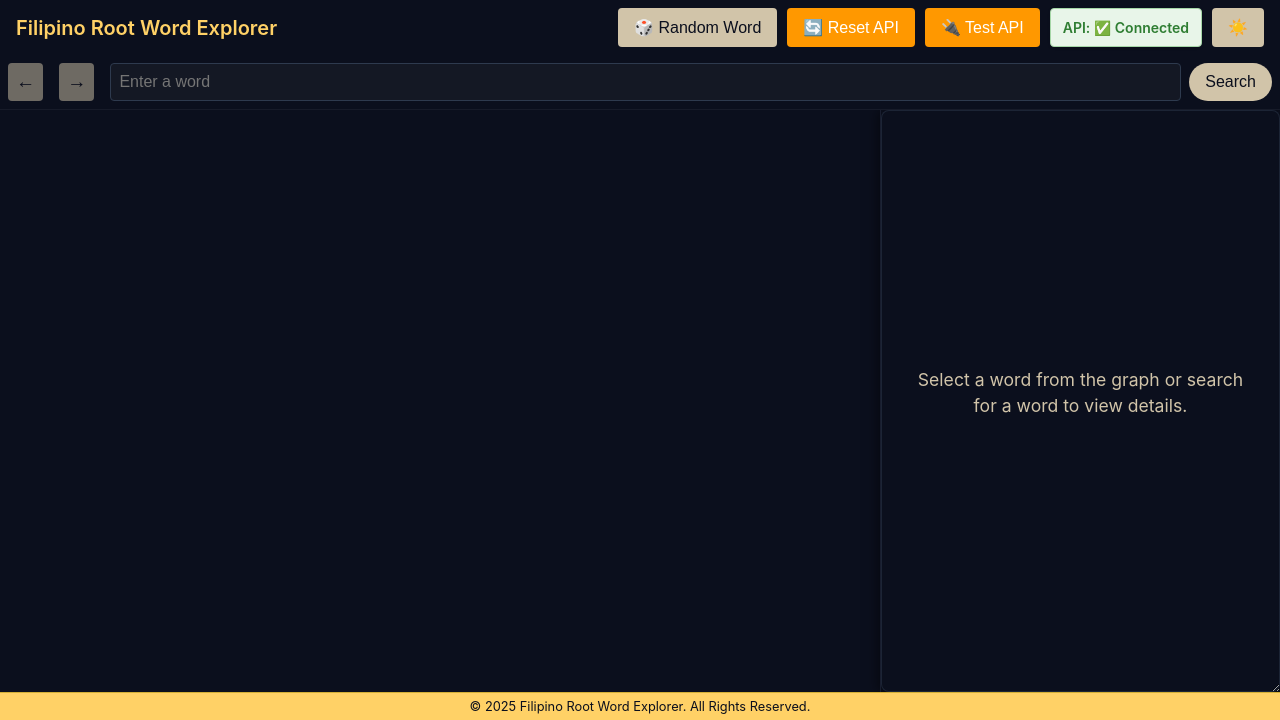
Repository: fish-and-bear/lexicon-gnn-ph
Page: /, after clicking the first element matching `button.theme-toggle`
An editor plug-in stored every save of this project. The page is shown before and after the next save, followed by the edit.
The browser window is 1280 px wide. The pictures show the whole page.
The page's requests for data from a server got no answer. Some web fonts or font styles are not loaded; a fallback is used. The project was rebuilt for these pictures with package versions that can differ from the ones it lists, and the page was loaded fresh each time. No one was signed in, and anything a server would have sent is missing. Also part of the build but not shown: vite.config.js, src/components/WordGraphComponent.tsx, src/components/WordDetails.tsx, src/components/ErrorBoundary.tsx. Imported but missing from the stored project, and not drawn on this page: src/reportWebVitals.

Above is the page before, as saved 2025-03-03 11:06:08.

### public/index.html
<!DOCTYPE html>
<html lang="en">
  <head>
    <meta charset="utf-8" />
    <meta name="viewport" content="width=device-width, initial-scale=1" />
    <meta name="description" content="Explore the roots and relationships of Filipino words with our interactive Word Explorer." />

    <!-- Open Graph Meta Tags for Social Media Embedding -->
    <meta property="og:title" content="Filipino Root Word Explorer" />
    <meta property="og:description" content="Discover the intricate relationships and origins of Filipino words." />
    <meta property="og:image" content="/logo512.png" />
    <meta property="og:url" content="https://explorer.hapinas.net/" />
    <meta property="og:type" content="website" />

    <!-- Twitter Card Meta Tags -->
    <meta name="twitter:card" content="summary_large_image" />
    <meta name="twitter:title" content="Filipino Root Word Explorer" />
    <meta name="twitter:description" content="Explore the intricate relationships and origins of Filipino words with our interactive Word Explorer." />
    <meta name="twitter:image" content="/logo512.png" />

    <!-- Favicon and App Icons -->
    <link rel="icon" href="/logo512.png" />
    <link rel="apple-touch-icon" href="/logo512.png" />

    <!-- Fonts -->
    <link href="https://fonts.googleapis.com/css2?family=Playfair+Display:ital,wght@0,400;0,700;1,400&display=swap" rel="stylesheet">
    <link href="https://fonts.googleapis.com/css2?family=Roboto:wght@400;700&display=swap" rel="stylesheet">

    <!-- Manifest -->
    <link rel="manifest" href="/manifest.json" />

    <!-- Title -->
    <title>Filipino Root Word Explorer</title>
  </head>
  <body>
    <div id="root"></div>
  </body>
</html>

### src/index.tsx
import React from 'react';
import ReactDOM from 'react-dom/client';
import './styles/global.css';
import App from './App';
import reportWebVitals from './reportWebVitals';
import { resetCircuitBreaker } from './api/wordApi';

// Reset circuit breaker on application start
try {
  resetCircuitBreaker();
  console.log('Circuit breaker state cleared on startup');
} catch (e) {
  console.error('Error clearing circuit breaker state:', e);
}

const root = ReactDOM.createRoot(
  document.getElementById('root') as HTMLElement
);
root.render(
  <React.StrictMode>
    <App />
  </React.StrictMode>
);

// If you want to start measuring performance in your app, pass a function
// to log results (for example: reportWebVitals(console.log))
// or send to an analytics endpoint. Learn more: https://bit.ly/CRA-vitals
reportWebVitals();

### src/App.tsx
import React from 'react';
import WordExplorer from '../src/components/WordExplorer';
import { ThemeProvider } from '../src/contexts/ThemeContext';
import ErrorBoundary from '../src/components/ErrorBoundary';
import './App.css';

const App: React.FC = () => {
  return (
    <ErrorBoundary>
      <ThemeProvider>
        <div className="app">
          <WordExplorer />
        </div>
      </ThemeProvider>
    </ErrorBoundary>
  );
};

export default App;

### src/contexts/ThemeContext.tsx
import React, { createContext, useContext, useState, ReactNode } from 'react';

// Define the types for your context
interface ThemeContextType {
  theme: string;
  toggleTheme: () => void;
}

// Create the context with default values
const ThemeContext = createContext<ThemeContextType | undefined>(undefined);

export const ThemeProvider: React.FC<{ children: ReactNode }> = ({ children }) => {
  const [theme, setTheme] = useState('light');

  const toggleTheme = () => {
    setTheme((prevTheme) => (prevTheme === 'light' ? 'dark' : 'light'));
  };

  return (
    <ThemeContext.Provider value={{ theme, toggleTheme }}>
      <div className={theme}>{children}</div>
    </ThemeContext.Provider>
  );
};

// Custom hook to use the ThemeContext
export const useTheme = () => {
  const context = useContext(ThemeContext);
  if (!context) {
    throw new Error('useTheme must be used within a ThemeProvider');
  }
  return context;
};

// Export the ThemeContext for direct access if needed
export { ThemeContext };

// Optionally, export a toggle button component for convenience
export const ThemeToggleButton: React.FC = () => {
  const { theme, toggleTheme } = useTheme();

  return (
    <button onClick={toggleTheme}>
      Switch to {theme === 'light' ? 'dark' : 'light'} mode
    </button>
  );
};

### src/App.css
.app {
  margin: 0;
  padding: 0;
  font-family: 'Inter', sans-serif;
  background-color: var(--bg-color);
  color: var(--text-color);
}

### src/utils/sanitizer.ts
export function sanitizeInput(input: string): string {
    // Implement sanitization logic here
    return input.trim().toLowerCase();
  }

### src/components/index.ts
export { default as WordGraph } from './WordGraphComponent';
export { default as WordDetails } from './WordDetails';

### src/components/WordExplorer.css
:root {
  --bg-color: #f8f9fa;
  --text-color: #1d3557;
  --primary-color: #1d3557;
  --secondary-color: #e63946;
  --accent-color: #fca311;
  --gold: #d4af37;
  --card-bg-color: #ffffff;
  --card-border-color: #e6e8eb;
  --input-bg-color: #ffffff;
  --input-border-color: #d1d5db;
  --button-color: #1d3557;
  --button-text-color: #ffffff;
  --graph-bg-color: #f1f5f9;
  --color-main: #1d3557;
  --color-derivative: #457b9d;
  --color-etymology: #2a9d8f;
  --color-root: #e63946;
  --color-associated: #fca311;
  --color-default: #6c757d;
  --node-text-color: #1d3557;
  --link-color: #1d3557;
  --selected-node-border-color: #e6e8eb;
  --card-bg-color-rgb: 255, 255, 255; /* for light theme */
  --definition-bg-color: #ffffff;
}

.dark {
  --bg-color: #0b0f1d;
  --header-color: #0b0f1d;
  --footer-color: #0b0f1d;
  --text-color: #d1c4a9;
  --text-color-white: #e0e4f5;
  --primary-color: #ffd166;
  --secondary-color: #b82e3d;
  --accent-color: #e09f3e;
  --gold: #d4af37;
  --red: #e63946;
  --source-color: #4a6fa5;
  --card-bg-color: #0b0f1d;
  --card-border-color: rgba(255, 255, 255, 0.05);
  --input-bg-color: #141824;
  --definition-bg-color: #0b0f1d;
  --input-border-color: #2e3a4e;
  --button-color: var(--text-color);
  --button-text-color: #0b0f1d;
  --graph-bg-color: #202636;
  --link-color: #5c7a99;
  --color-main: #1d3557;
  --color-derivative: #457b9d;
  --color-etymology: #2a9d8f;
  --color-root: #e63946;
  --color-associated: #fca311;
  --color-default: #6c757d;
  --node-text-color: #e0e0e0;
  --selected-node-border-color: var(--text-color);
  --card-bg-color-rgb: 11, 15, 29; /* updated for dark theme */
}

body, html {
  margin: 0;
  padding: 0;
  font-family: 'Inter', sans-serif;
  background-color: var(--bg-color);
  color: var(--text-color);
  height: 100vh;
  overflow: hidden;
}

.word-explorer {
  display: flex;
  flex-direction: column;
  height: 100vh;
}

.header-content {
  display: flex;
  justify-content: space-between;
  align-items: center;
  padding: 0.5rem 1rem;
  background-color: var(--primary-color);
  color: var(--bg-color);
}

.dark .header-content {
  background-color: var(--header-color);
  color: var(--primary-color);
}

h1 {
  font-size: 1.25rem;
  font-weight: 600;
  margin: 0;
}

main {
  display: flex;
  flex: 1;
  overflow: hidden;
}

.graph-container {
  flex: 1;
  display: flex;
  flex-direction: column;
  overflow: hidden;
}

.graph-content {
  flex: 1;
  position: relative;
  overflow: hidden;
}

.details-container {
  padding: 0;
  overflow-y: auto;
  background-color: white;
  border-left: 1px solid rgba(0, 0, 0, 0.1);
  color: var(--text-color);
}

.no-word-selected {
  display: flex;
  flex-direction: column;
  align-items: center;
  justify-content: center;
  height: 100%;
  text-align: center;
  color: var(--text-secondary-color);
  padding: 2rem;
  background-color: var(--card-bg-color);
  border-radius: var(--radius-md);
  box-shadow: var(--card-shadow);
  transition: background-color 0.3s ease, color 0.3s ease, box-shadow 0.3s ease;
}

.dark .no-word-selected {
  background-color: var(--card-bg-color);
  color: var(--text-color);
  box-shadow: 0 2px 8px rgba(0, 0, 0, 0.4);
  border: 1px solid rgba(46, 58, 78, 0.5);
}

.no-word-selected p {
  margin-bottom: 1rem;
  font-size: 1.1rem;
}

.word-details h2 {
  color: var(--secondary-color);
  padding-bottom: 0.25rem;
}

.definition-card {
  background-color: var(--definition-bg-color);
  border: 1px solid var(--card-border-color);
  border-radius: 4px;
  padding: 0.75rem;
  margin-bottom: 1rem;
  transition: background-color 0.3s ease, border-color 0.3s ease, box-shadow 0.3s ease;
}

.dark .definition-card {
  background-color: rgba(20, 24, 36, 0.4);
  border-color: rgba(46, 58, 78, 0.5);
  color: var(--text-color);
  box-shadow: 0 2px 8px rgba(0, 0, 0, 0.3);
}

.dark .definition-card:hover {
  box-shadow: 0 4px 12px rgba(0, 0, 0, 0.4);
  border-color: rgba(255, 209, 102, 0.2);
}

.definition-card h3 {
  color: var(--secondary-color);
  margin-top: 0;
  margin-bottom: 0.5rem;
}

.definition-card ol {
  padding-left: 1.25rem;
  margin-bottom: 0.5rem;
}

.definition-card ol > li {
  margin-bottom: 0.5rem;
  line-height: 1.4;
}

.definition-card .source {
  font-size: 0.8rem;
  color: var(--accent-color);
  font-style: italic;
  display: block;
  margin-top: 0.25rem;
}

.dark .definition-card .source {
  color: var(--link-color);
}

.word-list {
  list-style-type: none;
  padding: 0;
  display: flex;
  flex-wrap: wrap;
  gap: 0.5rem;
  margin-top: 0.75rem;
}

.word-list li {
  background-color: var(--input-bg-color);
  padding: 0.25rem 0.75rem;
  border-radius: 15px;
  font-size: 0.9rem;
  border: 1px solid var(--accent-color);
}

.dark .word-list li {
  background-color: rgba(20, 24, 36, 0.4);
  border-color: rgba(46, 58, 78, 0.3);
}

.dark .word-list li:hover {
  background-color: rgba(20, 24, 36, 0.7);
  border-color: rgba(255, 209, 102, 0.3);
}

.search-container {
  display: flex;
  align-items: stretch;
  gap: 0.5rem;
  padding: 0.5rem;
  background-color: var(--card-bg-color);
  border-bottom: 1px solid var(--card-border-color);
}

.search-input-container {
  position: relative;
  flex-grow: 1;
  display: flex;
}

.search-input {
  width: 100%;
  padding: 12px 16px;
  font-size: 16px;
  border: 2px solid #ddd;
  border-radius: 24px;
  transition: all 0.3s ease;
}

.search-input:focus {
  outline: none;
  border-color: #4a90e2;
  box-shadow: 0 0 0 3px rgba(74, 144, 226, 0.3);
}

.search-button {
  padding: 0.5rem 1rem;
  font-size: 1rem;
  background-color: var(--button-color);
  color: var(--button-text-color);
  border: none;
  border-radius: 24px;
  cursor: pointer;
  transition: background-color 0.3s, transform 0.1s;
  height: 100%;
  align-self: stretch;
}

.search-button:hover {
  background-color: var(--primary-color);
}

.search-button:active {
  transform: scale(0.95);
}

.search-suggestions {
  position: absolute;
  top: 100%;
  left: 0;
  right: 0;
  background-color: var(--input-bg-color);
  border: 1px solid var(--input-border-color);
  border-top: none;
  max-height: 200px;
  overflow-y: auto;
  z-index: 1000;
  list-style-type: none;
  padding: 0;
  margin: 0;
  display: block;
  box-shadow: 0 4px 6px rgba(0, 0, 0, 0.1);
  transition: background-color 0.3s ease, border-color 0.3s ease;
}

.search-suggestions li {
  padding: 10px;
  cursor: pointer;
  color: var(--text-color);
  transition: background-color 0.3s ease, color 0.3s ease;
}

.search-suggestions li:hover {
  background-color: var(--accent-color);
  color: var(--bg-color);
}

.word-explorer.dark .search-suggestions {
  background-color: var(--card-bg-color);
  border-color: var(--card-border-color);
  box-shadow: 0 4px 6px rgba(0, 0, 0, 0.3);
}

.word-explorer.dark .search-suggestions li:hover {
  background-color: var(--primary-color);
  color: var(--card-bg-color);
}

.search-loading {
  position: absolute;
  right: 16px;
  top: 50%;
  transform: translateY(-50%);
  color: #888;
}

@media (max-width: 768px) {
  .header-content {
    flex-direction: column;
    align-items: flex-start;
    gap: 0.5rem;
  }

  .search-container {
    flex-direction: column;
    align-items: stretch;
  }

  .search-input {
    font-size: 14px;
    padding: 10px 14px;
  }

  .search-suggestions li {
    padding: 10px 14px;
  }

  input[type="text"], button {
    width: 100%;
  }

  .word-details h2 {
    font-size: 1.3rem;
  }

  .definition-card {
    padding: 0.5rem;
  }

  .definition-card h3 {
    font-size: 1rem;
  }

  .word-list li {
    font-size: 0.8rem;
    padding: 0.2rem 0.4rem;
  }
}

input[type="text"] {
  flex: 1;
  padding: 0.5rem;
  font-size: 1rem;
  border: 1px solid var(--input-border-color);
  border-radius: 4px;
  background-color: var(--input-bg-color);
  color: var(--text-color);
}

button {
  padding: 0.5rem 1rem;
  font-size: 1rem;
  background-color: var(--button-color);
  color: var(--button-text-color);
  border: none;
  border-radius: 4px;
  cursor: pointer;
  transition: background-color 0.3s, transform 0.1s;
}

button:active {
  transform: scale(0.95);
}

button:hover {
  background-color: var(--primary-color);
}

.controls-container {
  display: flex;
  flex-wrap: wrap;
  justify-content: space-between;
  align-items: center;
  padding: 0.5rem;
  background-color: var(--card-bg-color);
  border-top: 1px solid var(--card-border-color);
}

.zoom-button, .reset-button {
  padding: 0.25rem 0.5rem;
  font-size: 0.9rem;
  background-color: var(--button-color);
  color: var(--button-text-color);
  border: none;
  border-radius: 4px;
  cursor: pointer;
  text-transform: uppercase;
  letter-spacing: 1px;
}

.graph-controls {
  display: flex;
  flex-wrap: wrap;
  gap: 1rem;
  flex-grow: 1;
}

.slider-container {
  display: flex;
  flex-direction: column;
  flex-grow: 1;
  min-width: 150px;
}

.footer {
  background-color: var(--text-color);
  color: var(--bg-color);
  text-align: center;
  padding: 0.25rem;
  font-size: 0.8rem;
  border-top: 1px solid var(--accent-color);
}

.dark .footer {
  background-color: var(--primary-color);
  color: var(--bg-color);
  border-top: 1px solid var(--gold);
}

.history-button {
  padding: 0.5rem;
  font-size: 1.2rem;
  background-color: var(--button-color);
  color: var(--button-text-color);
  border: none;
  border-radius: 4px;
  cursor: pointer;
  margin-right: 0.5rem;
  transition: opacity 0.3s ease;
}

.history-button:disabled {
  opacity: 0.5;
  cursor: not-allowed;
}

@media (max-width: 1024px) {
  .word-explorer {
    height: auto;
    min-height: 100vh;
  }

  main {
    flex-direction: column;
  }

  .graph-container {
    height: 50vh;
  }
}

@media (max-width: 480px) {
  h1 {
    font-size: 1.1rem;
  }

  .theme-toggle, .history-button {
    padding: 0.25rem;
    font-size: 0.8rem;
  }

  .word-details h2 {
    font-size: 1.2rem;
  }

  .definition-card h3 {
    font-size: 0.9rem;
  }

  .word-list li {
    font-size: 0.7rem;
    padding: 0.1rem 0.3rem;
  }

  .footer {
    font-size: 0.7rem;
    padding: 0.4rem;
  }
}

.loading-indicator {
  display: inline-block;
  width: 1rem;
  height: 1rem;
  border: 2px solid var(--button-text-color);
  border-radius: 50%;
  border-top-color: transparent;
  animation: spin 1s linear infinite;
  margin-left: 0.5rem;
}

@keyframes spin {
  0% { transform: rotate(0deg); }
  100% { transform: rotate(360deg); }
}

.loading-spinner {
  display: flex;
  flex-direction: column;
  align-items: center;
  justify-content: center;
  height: 100%;
  text-align: center;
  color: var(--text-secondary-color);
  padding: 2rem;
  background-color: var(--card-bg-color);
  border-radius: var(--radius-md);
  box-shadow: var(--card-shadow);
  font-size: 1.1rem;
}

.loading-spinner::before {
  content: "";
  width: 40px;
  height: 40px;
  margin-bottom: 1rem;
  border: 4px solid var(--card-border-color);
  border-top: 4px solid var(--accent-color);
  border-radius: 50%;
  animation: spin 1s linear infinite;
}

@keyframes spin {
  0% { transform: rotate(0deg); }
  100% { transform: rotate(360deg); }
}

/* Note: The word-details-container class is defined in global.css */

/* Word Content Tabs */
.word-content-tabs {
  display: flex;
  flex-wrap: wrap;
  gap: 0.5rem;
  padding: 0.75rem 1rem;
  background-color: #f8f9fa;
  border-bottom: 1px solid rgba(0, 0, 0, 0.08);
}

.tab-button {
  padding: 0.5rem 1rem;
  background-color: transparent;
  color: var(--text-color);
  border: 1px solid rgba(0, 0, 0, 0.08);
  border-radius: 0.5rem;
  cursor: pointer;
  font-size: 0.875rem;
  font-weight: 500;
  transition: all 0.2s ease;
  display: flex;
  align-items: center;
  gap: 0.5rem;
}

.tab-button:hover {
  background-color: #f1f5f9;
  transform: translateY(-1px);
}

.tab-button.active {
  background-color: var(--accent-color, #fca311);
  color: white;
  border-color: var(--accent-color, #fca311);
}

.tab-icon {
  font-size: 1.1em;
}

.word-content {
  padding: 1.5rem;
}

/* Fix for empty state */
.empty-state {
  display: flex;
  flex-direction: column;
  align-items: center;
  justify-content: center;
  padding: 2rem;
  text-align: center;
  background-color: rgba(0, 0, 0, 0.01);
  border-radius: 0.5rem;
  border: 1px dashed rgba(0, 0, 0, 0.1);
  margin: 1rem 0;
}

.empty-state p {
  margin-bottom: 1rem;
  color: var(--text-secondary, #6c757d);
}

.fetch-network-button {
  padding: 0.5rem 1rem;
  background-color: var(--accent-color, #fca311);
  color: white;
  border: none;
  border-radius: 0.25rem;
  cursor: pointer;
  font-weight: 500;
  transition: all 0.2s ease;
}

.fetch-network-button:hover {
  background-color: var(--accent-color-dark, #e76f51);
  transform: translateY(-1px);
}

### src/components/Tabs.css
/* Tabs Component Styling - Compact Version */
:root {
  --tabs-bg-color: #f8f9fa;
  --tabs-border-color: rgba(0, 0, 0, 0.1);
  --tab-text-color: #6c757d;
  --tab-text-hover-color: #1d3557;
  --tab-hover-bg: rgba(0, 0, 0, 0.02);
  --tab-active-color: #fca311;
  --tab-active-border: #fca311;
  --content-bg-color: #ffffff;
  --transition-speed: 0.3s;
}

.dark {
  --tabs-bg-color: #0b0f1d; /* Matched with WordDetails dark bg */
  --tabs-border-color: rgba(75, 86, 115, 0.2); /* Lightened for better visibility */
  --tab-text-color: #a0a0a0;
  --tab-text-hover-color: #e0e4f5;
  --tab-hover-bg: rgba(255, 255, 255, 0.05);
  --tab-active-color: #ffd166; /* Gold accent color from screenshot */
  --tab-active-border: #ffd166;
  --content-bg-color: #0b0f1d; /* Same as bg for seamless appearance */
}

.word-content-tabs {
  display: flex;
  border-bottom: 1px solid var(--tabs-border-color);
  background-color: var(--tabs-bg-color);
  overflow-x: auto;
  scrollbar-width: none; /* Firefox */
  -ms-overflow-style: none; /* IE and Edge */
  white-space: nowrap;
  transition: background-color var(--transition-speed) ease, border-color var(--transition-speed) ease;
}

/* Hide scrollbar for Chrome, Safari and Opera */
.word-content-tabs::-webkit-scrollbar {
  display: none;
}

.tab-item {
  padding: 0.5rem 0.75rem;
  cursor: pointer;
  font-weight: 500;
  font-size: 0.8rem;
  color: var(--tab-text-color);
  position: relative;
  transition: all var(--transition-speed) ease;
  display: flex;
  align-items: center;
  gap: 0.3rem;
  white-space: nowrap;
}

.tab-item:hover {
  color: var(--tab-text-hover-color);
  background-color: var(--tab-hover-bg);
}

.tab-item.active {
  color: var(--tab-active-color);
  font-weight: 600;
}

.tab-item.active::after {
  content: "";
  position: absolute;
  bottom: -1px;
  left: 0;
  width: 100%;
  height: 2px;
  background-color: var(--tab-active-border);
  transition: background-color var(--transition-speed) ease;
}

.tab-icon {
  font-size: 0.9rem;
}

/* Content */
.word-content {
  padding: 1rem;
  background-color: var(--content-bg-color);
  transition: background-color var(--transition-speed) ease;
}

Loaded but not shown: src/components/WordExplorer.tsx (1429 lines, source omitted); src/styles/global.css (1690 lines, source omitted); src/api/wordApi.ts (1117 lines, source omitted); src/components/WordDetails.css (1154 lines, source omitted); src/components/WordGraph.css (384 lines, source omitted); src/utils/caching.ts (226 lines, source omitted)

After the next save:
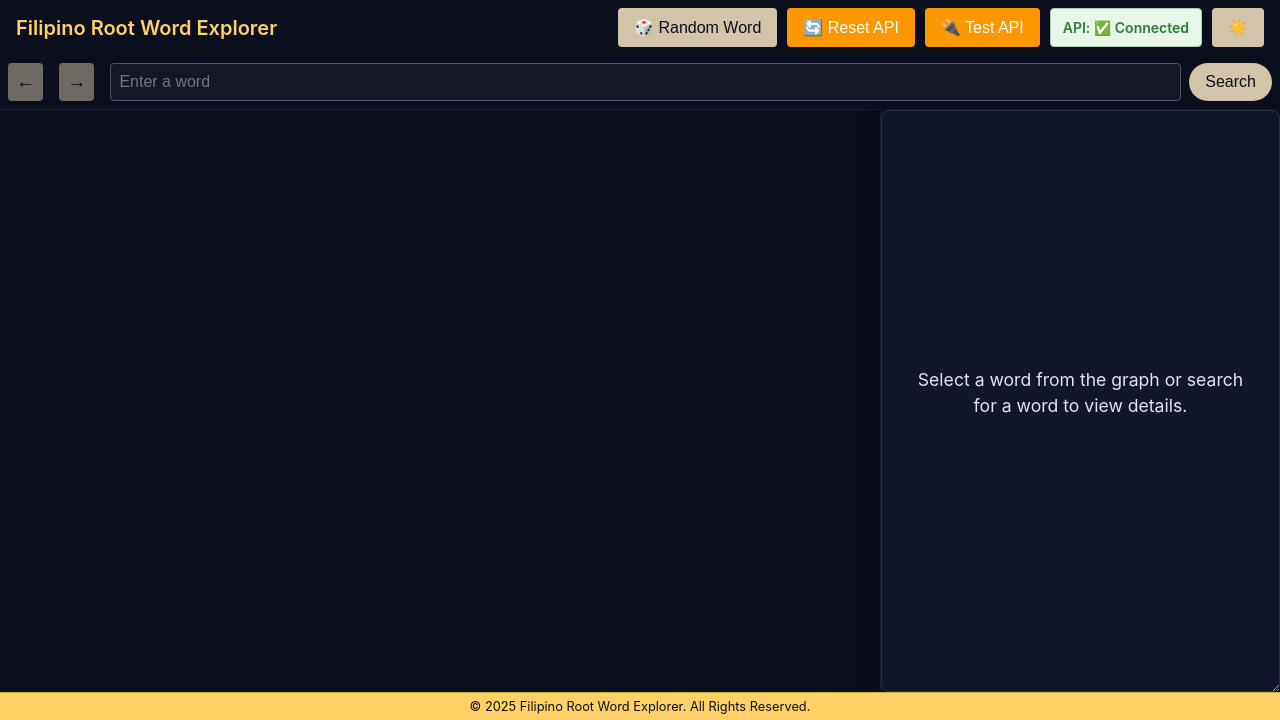
Saved 50 s later.
--- a/src/components/WordExplorer.css
+++ b/src/components/WordExplorer.css
@@ -38,20 +38,20 @@
   --red: #e63946;
   --source-color: #4a6fa5;
   --card-bg-color: #0b0f1d;
-  --card-border-color: rgba(255, 255, 255, 0.05);
+  --card-border-color: rgba(75, 86, 115, 0.2);
   --input-bg-color: #141824;
   --definition-bg-color: #0b0f1d;
-  --input-border-color: #2e3a4e;
+  --input-border-color: #4a5575;
   --button-color: var(--text-color);
   --button-text-color: #0b0f1d;
-  --graph-bg-color: #202636;
-  --link-color: #5c7a99;
+  --graph-bg-color: #101625;
+  --link-color: #7b9cc2;
   --color-main: #1d3557;
   --color-derivative: #457b9d;
   --color-etymology: #2a9d8f;
   --color-root: #e63946;
   --color-associated: #fca311;
-  --color-default: #6c757d;
+  --color-default: #a2a8b2;
   --node-text-color: #e0e0e0;
   --selected-node-border-color: var(--text-color);
   --card-bg-color-rgb: 11, 15, 29; /* updated for dark theme */
@@ -136,10 +136,10 @@ main {
 }
 
 .dark .no-word-selected {
-  background-color: var(--card-bg-color);
-  color: var(--text-color);
-  box-shadow: 0 2px 8px rgba(0, 0, 0, 0.4);
-  border: 1px solid rgba(46, 58, 78, 0.5);
+  background-color: rgba(23, 29, 49, 0.6);
+  color: #e0e4f5;
+  box-shadow: 0 4px 8px rgba(0, 0, 0, 0.2);
+  border: 1px solid rgba(75, 86, 115, 0.4);
 }
 
 .no-word-selected p {
@@ -162,15 +162,19 @@ main {
 }
 
 .dark .definition-card {
-  background-color: rgba(20, 24, 36, 0.4);
-  border-color: rgba(46, 58, 78, 0.5);
-  color: var(--text-color);
-  box-shadow: 0 2px 8px rgba(0, 0, 0, 0.3);
+  background-color: rgba(23, 29, 49, 0.6);
+  border-color: rgba(75, 86, 115, 0.4);
+  color: #e0e4f5;
+  box-shadow: 0 4px 8px rgba(0, 0, 0, 0.2);
 }
 
 .dark .definition-card:hover {
   box-shadow: 0 4px 12px rgba(0, 0, 0, 0.4);
-  border-color: rgba(255, 209, 102, 0.2);
+  border-color: rgba(255, 209, 102, 0.3);
+}
+
+.dark .definition-card h3 {
+  color: #ffd166;
 }
 
 .definition-card h3 {
@@ -198,7 +202,7 @@ main {
 }
 
 .dark .definition-card .source {
-  color: var(--link-color);
+  color: #7b9cc2;
 }
 
 .word-list {
@@ -219,13 +223,15 @@ main {
 }
 
 .dark .word-list li {
-  background-color: rgba(20, 24, 36, 0.4);
-  border-color: rgba(46, 58, 78, 0.3);
+  background-color: rgba(23, 29, 49, 0.6);
+  border-color: rgba(75, 86, 115, 0.4);
+  color: #e0e4f5;
 }
 
 .dark .word-list li:hover {
-  background-color: rgba(20, 24, 36, 0.7);
+  background-color: rgba(35, 45, 70, 0.8);
   border-color: rgba(255, 209, 102, 0.3);
+  color: #ffd166;
 }
 
 .search-container {
@@ -311,14 +317,14 @@ main {
 }
 
 .word-explorer.dark .search-suggestions {
-  background-color: var(--card-bg-color);
-  border-color: var(--card-border-color);
-  box-shadow: 0 4px 6px rgba(0, 0, 0, 0.3);
+  background-color: rgba(23, 29, 49, 0.9);
+  border-color: rgba(75, 86, 115, 0.4);
+  box-shadow: 0 4px 8px rgba(0, 0, 0, 0.3);
 }
 
 .word-explorer.dark .search-suggestions li:hover {
-  background-color: var(--primary-color);
-  color: var(--card-bg-color);
+  background-color: rgba(255, 209, 102, 0.2);
+  color: #ffd166;
 }
 
 .search-loading {
